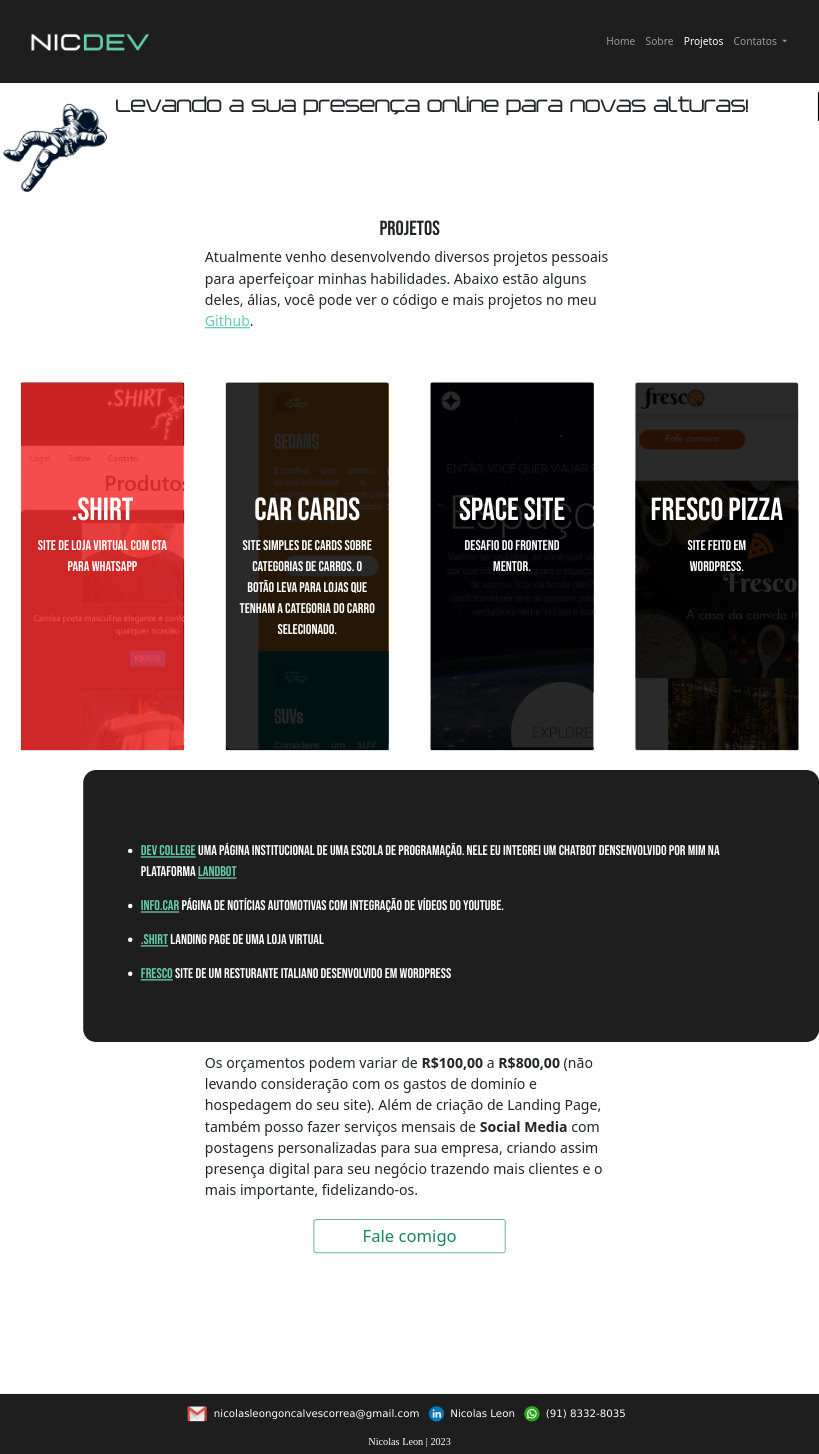
Repository: Leonngc/nicdev
Page: projects.html
The author's editor kept a copy of each file at every save. The page is drawn from the files as they stood at one save, then again after the next save.
The browser window is 1280 px wide. The pictures show the whole page, at 64% of full size.
Some web libraries are served in a nearby version.

Above is the page before, as saved 2023-06-04 23:19:12.

After the next save:
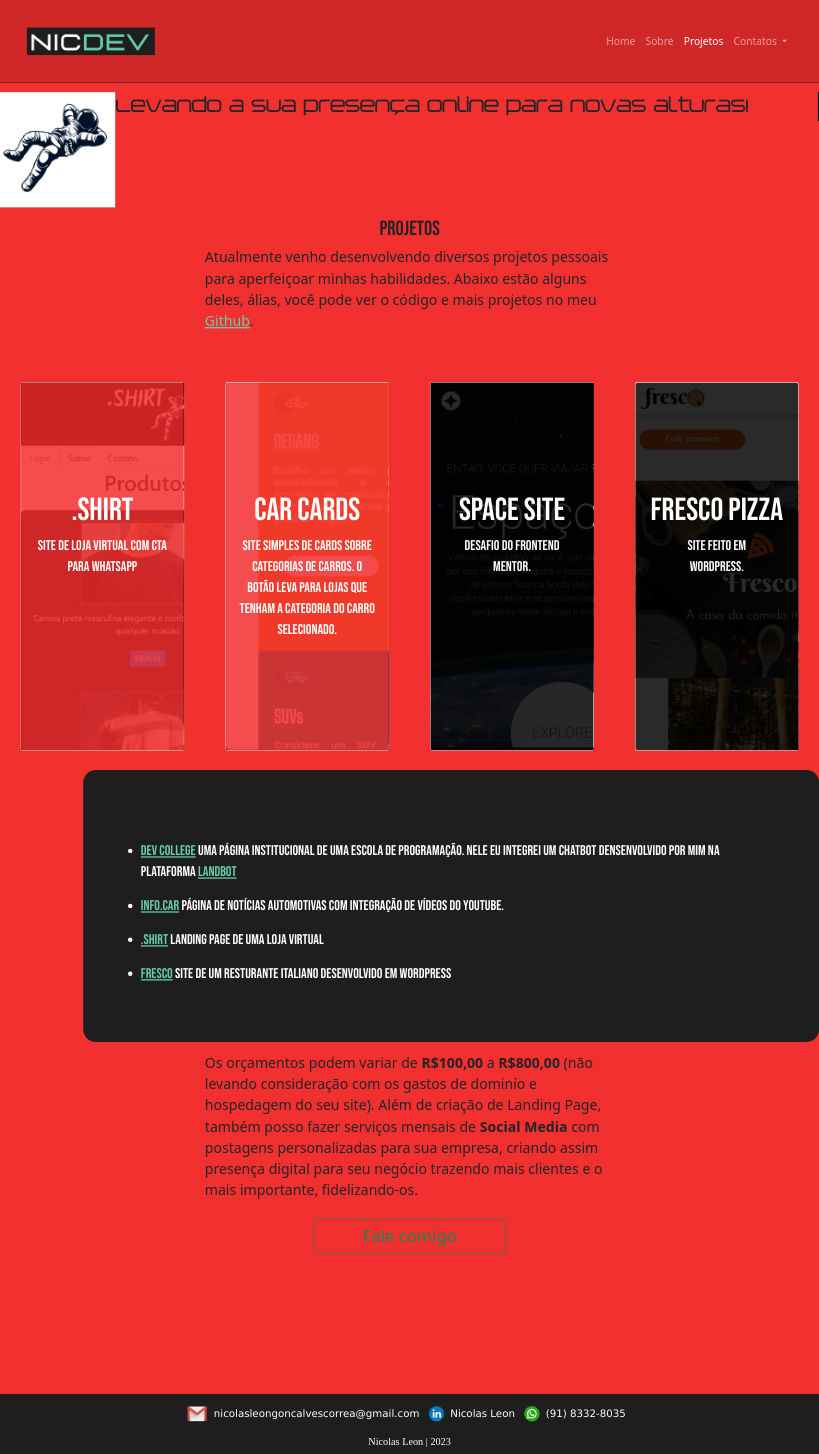
Saved 6 s later.
--- a/styles/projects.css
+++ b/styles/projects.css
@@ -136,7 +136,7 @@ li > img{
   box-shadow: inset 0 0 0 50vw rgba(0, 0, 0, 0.835);
 }
 
-#card-0,card:hover{
+#card-0,#card-1,:hover{
   box-shadow: inset 0 0 0 50vw rgba(244, 42, 42, 0.835);
 }
 
